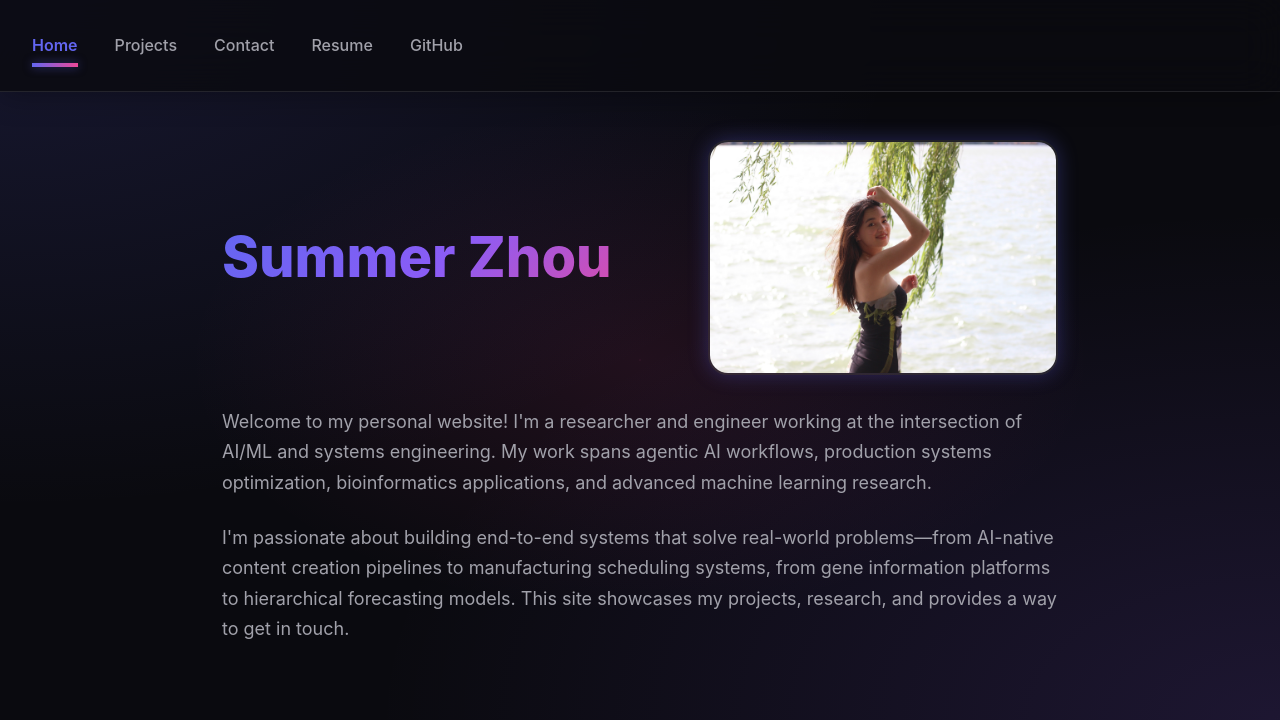
Repository: SummerZ27/personal-website
Page: index.html
The author's editor kept a copy of each file at every save. The page is drawn from the files as they stood at one save, then again after a run of saves.
The browser window is 1280 px wide. The pictures show the whole page.

Above is the page before, as saved 2026-02-13 13:29:44.

After the next 3 saves:
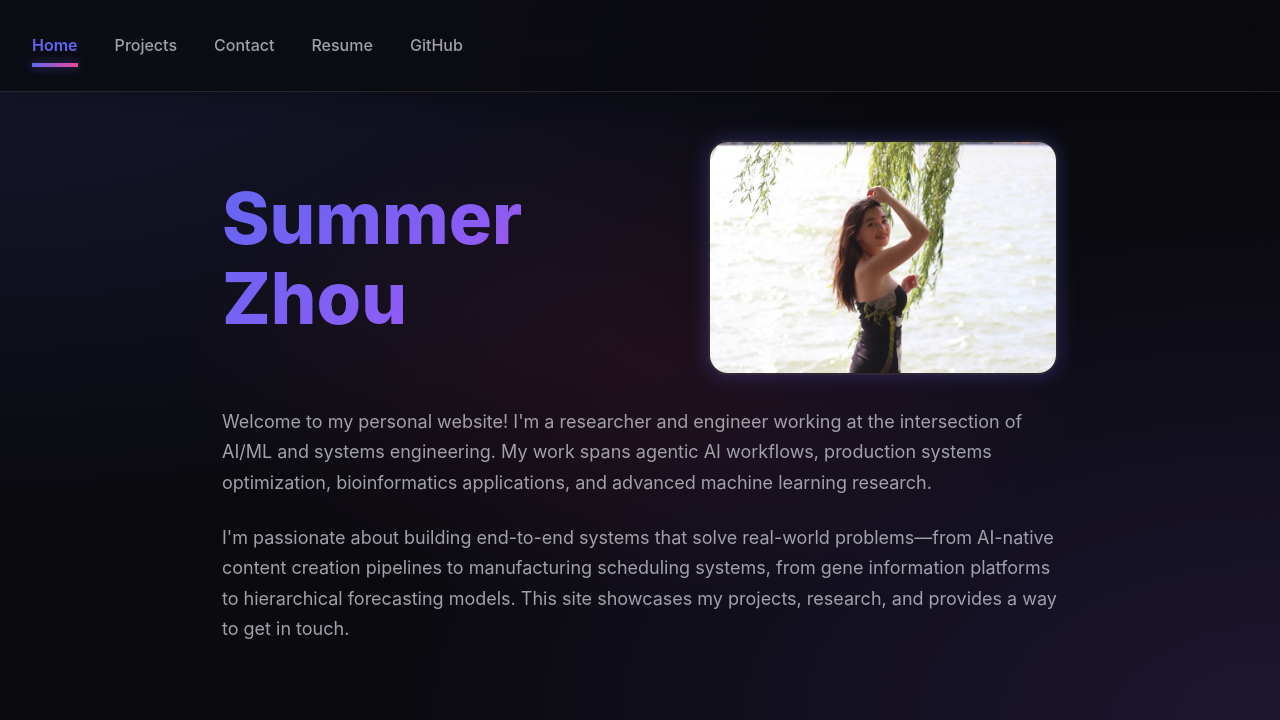
The 3 saves are shown as one change because they came seconds apart.
The last was saved 4 min 17 s later.
--- a/style.css
+++ b/style.css
@@ -158,8 +158,13 @@ main {
 }
 
 /* Typography */
+h1, h2, h3, h4, h5, h6 {
+    line-height: 1.1;
+    text-wrap: balance;
+}
+
 h1 {
-    font-size: 3.5rem;
+    font-size: 400%;
     font-weight: 800;
     background: linear-gradient(135deg, var(--primary-color), var(--secondary-color), var(--accent-color));
     -webkit-background-clip: text;
@@ -167,7 +172,6 @@ h1 {
     background-clip: text;
     margin-bottom: 0;
     animation: fadeInUp 0.8s ease;
-    line-height: 1.2;
     flex: 1;
     min-width: 300px;
 }
@@ -198,7 +202,7 @@ p {
 
 /* Image Styles */
 img {
-    max-width: 250px;
+    max-width: 100%;
     width: 100%;
     height: auto;
     border-radius: 20px;
@@ -256,6 +260,21 @@ section:hover::before {
 
 section h2 {
     margin-top: 0;
+    margin-bottom: 0;
+}
+
+/* Projects Grid Layout */
+.projects {
+    display: grid;
+    grid-template-columns: repeat(auto-fill, minmax(15em, 1fr));
+    gap: 2rem;
+}
+
+.projects section {
+    display: grid;
+    grid-template-rows: subgrid;
+    grid-row: span 3;
+    margin-bottom: 0;
 }
 
 /* Article Styles */
